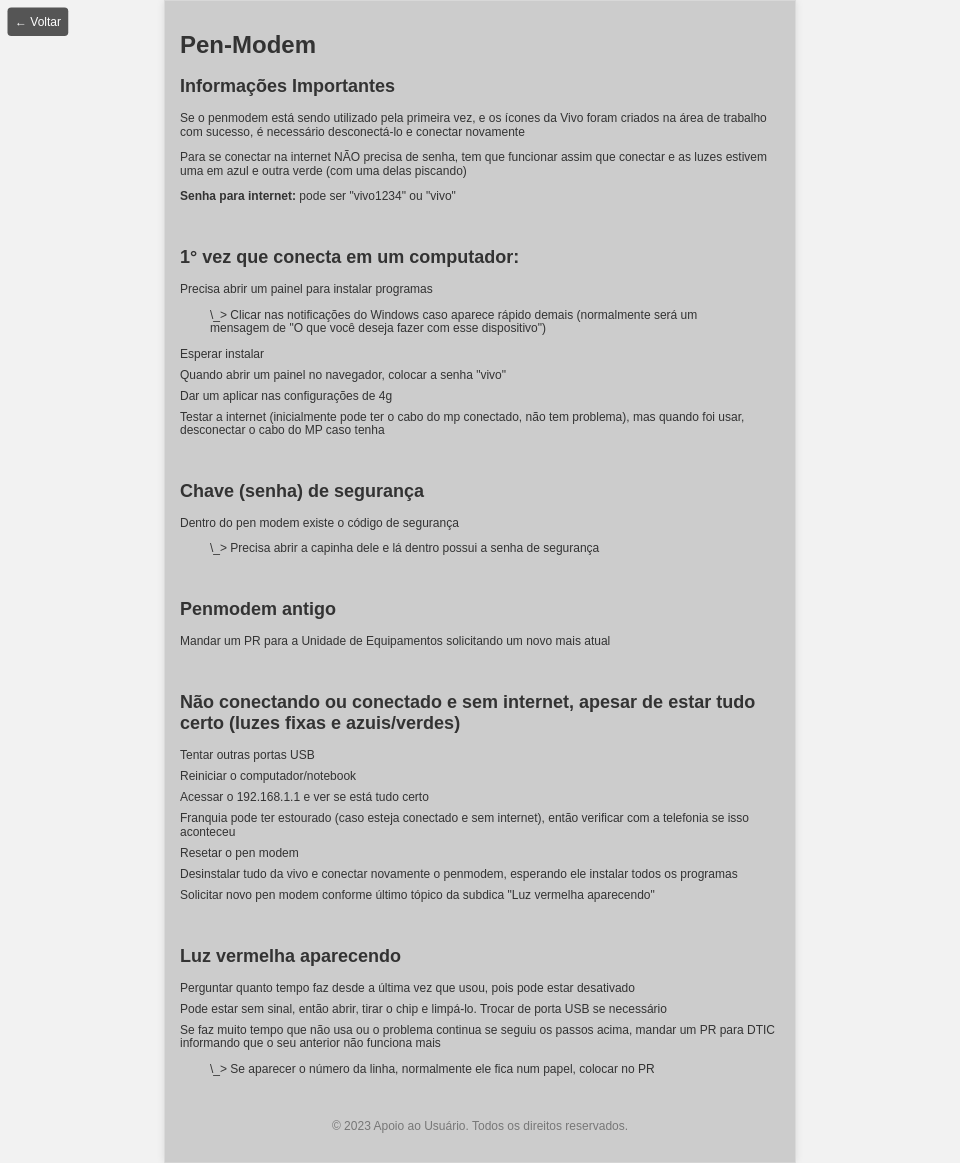
Repository: I4guito/dicasdez
Page: Dicas site/Dicas/penmodem.html
The author's editor kept a copy of each file at every save. The page is drawn from the files as they stood at one save, then again after a run of saves.
The browser window is 1280 px wide. The pictures show the whole page, at 75% of full size.

Above is the page before, as saved 2023-11-29 10:33:00.

After the next 4 saves:
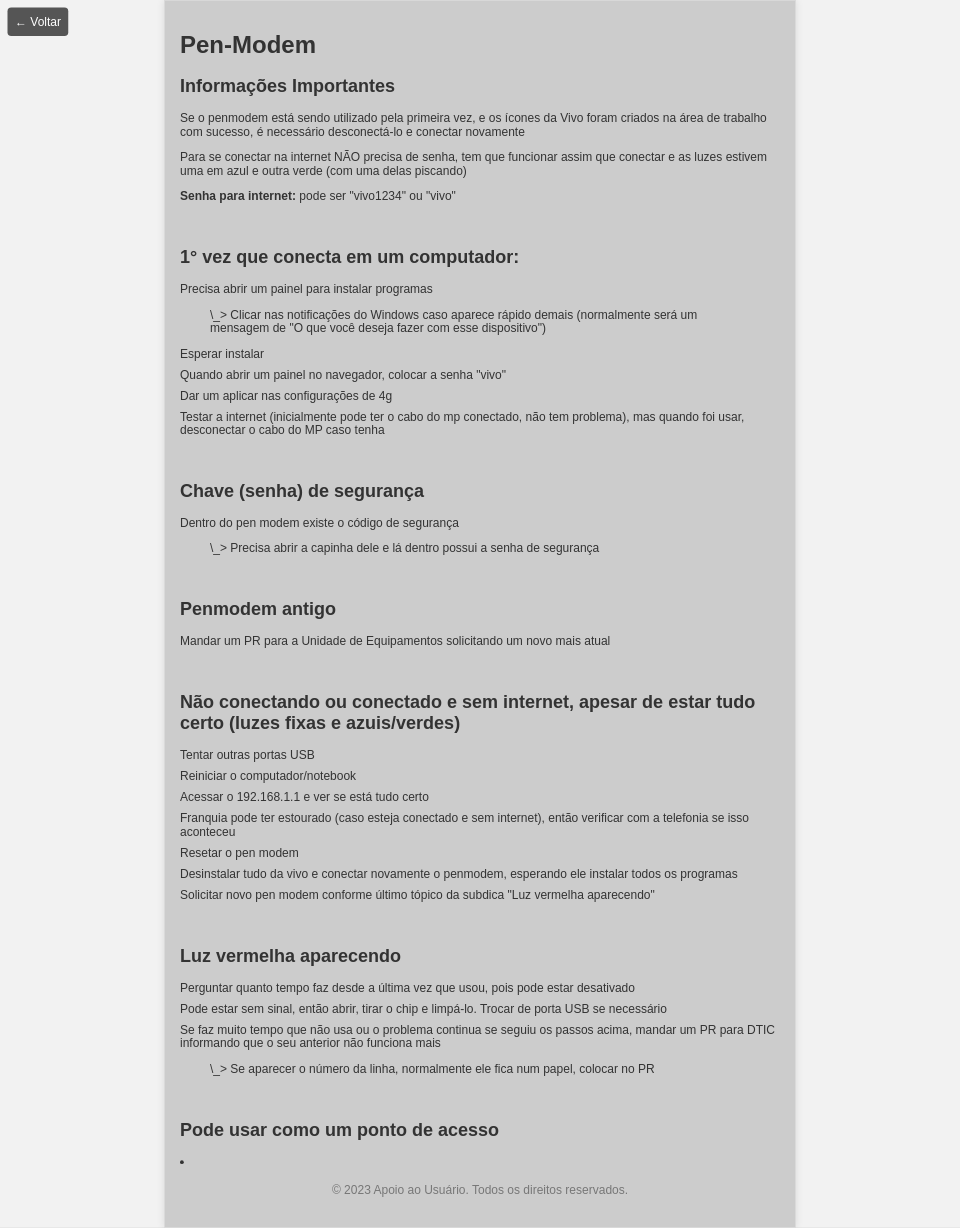
The 4 saves are shown as one change because they came seconds apart.
The last was saved 11 s later.
--- a/Dicas site/Dicas/penmodem.html
+++ b/Dicas site/Dicas/penmodem.html
@@ -75,7 +75,8 @@
         </ul>
     </section><br>
     <section>
-        <h2></h2>
+        <h2>Pode usar como um ponto de acesso</h2>
+        <li></li>
     </section>
 
 
